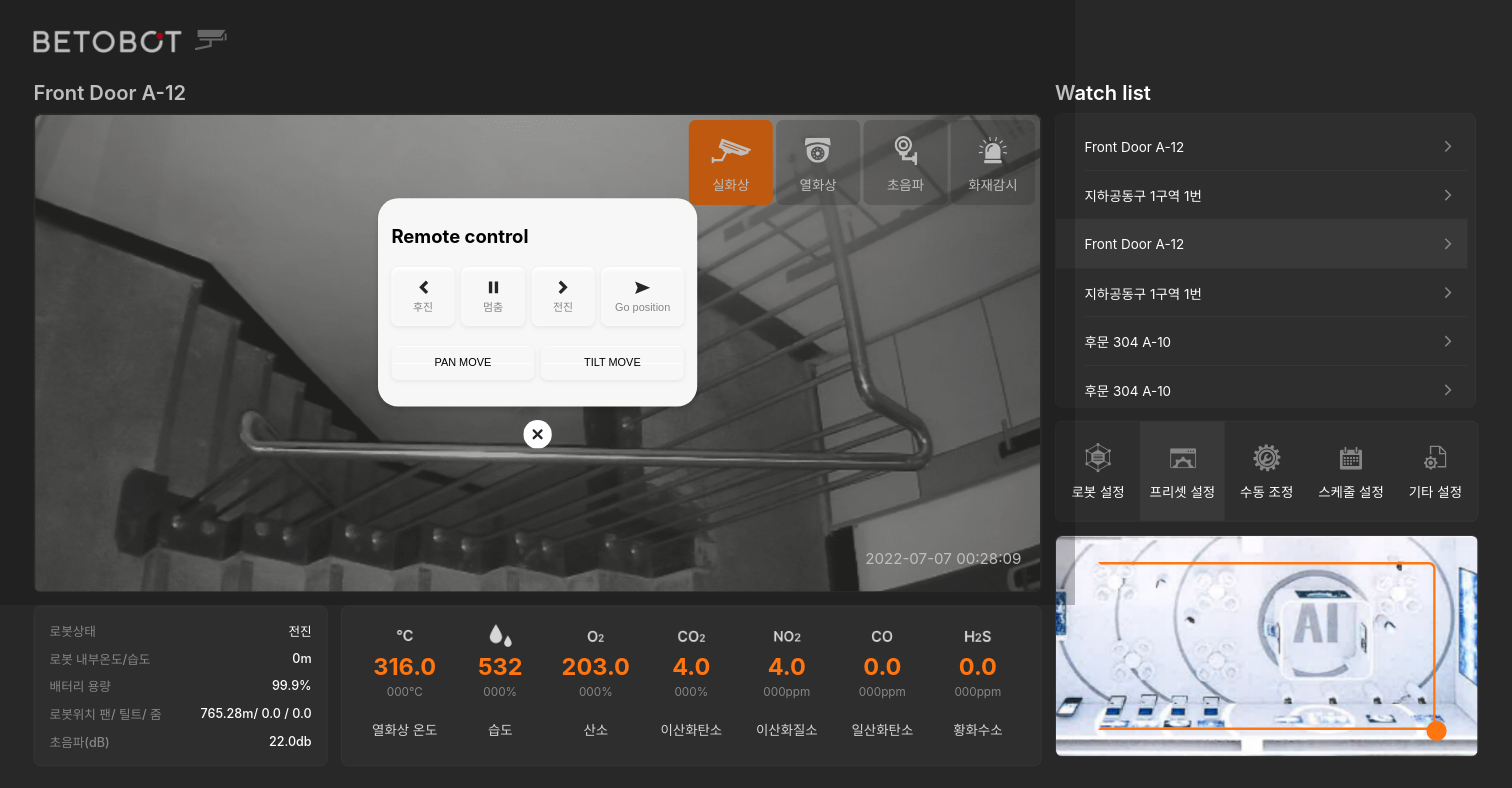
Repository: jang0ha/betobot
Page: content/main/main.html
These files come from the project's save history. The page is drawn as it stood at one moment and after the next save; the edit follows.
The browser window is 1280 px wide. The page is 1800 px wide, so the pictures cover 1800 px, including what lies to the right of the window. The pictures show the whole page, at 84% of full size.
Some web fonts or font styles are not loaded; a fallback is used. The style sheet was rebuilt from its Sass, Less or Tailwind sources for each picture, by a compiler version that may differ from the author's.

Above is the page before, as saved 2022-07-20 15:19:47.

After the next save:
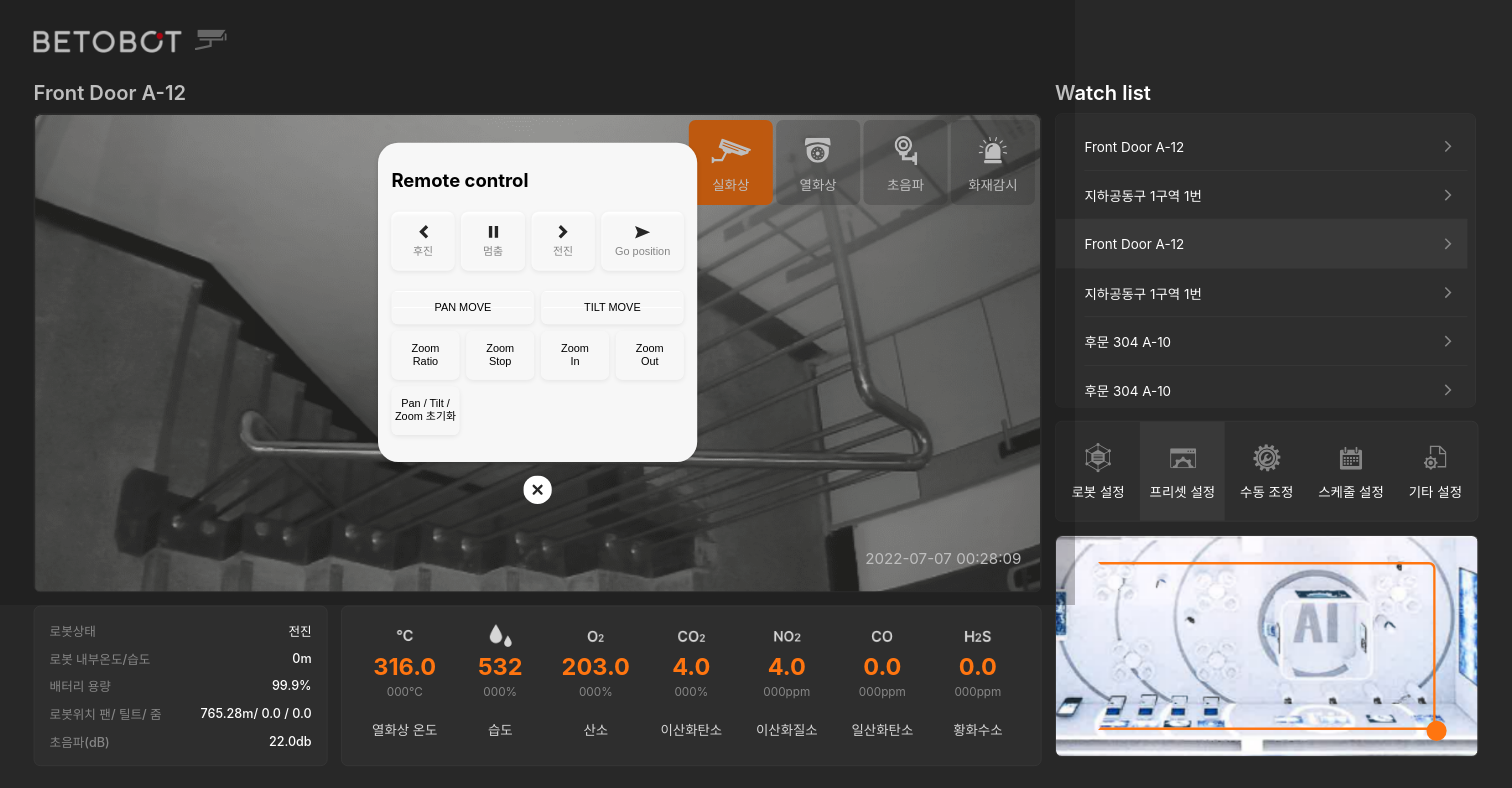
Saved 10 s later.
--- a/content/main/main.html
+++ b/content/main/main.html
@@ -259,7 +259,7 @@
                     <button type="button" class="remote-btn">
                         <p>TILT MOVE</p>
                     </button>
-                    <!-- <button type="button" class="remote-btn">
+                    <button type="button" class="remote-btn">
                         <p>Zoom<br>Ratio</p>
                     </button>
                     <button type="button" class="remote-btn">
@@ -273,7 +273,7 @@
                     </button>
                     <button type="button" class="remote-btn reset">
                         <p>Pan / Tilt / Zoom 초기화</p>
-                    </button> -->
+                    </button>
                 </div>
             </div>
             <div class="close-btn">
